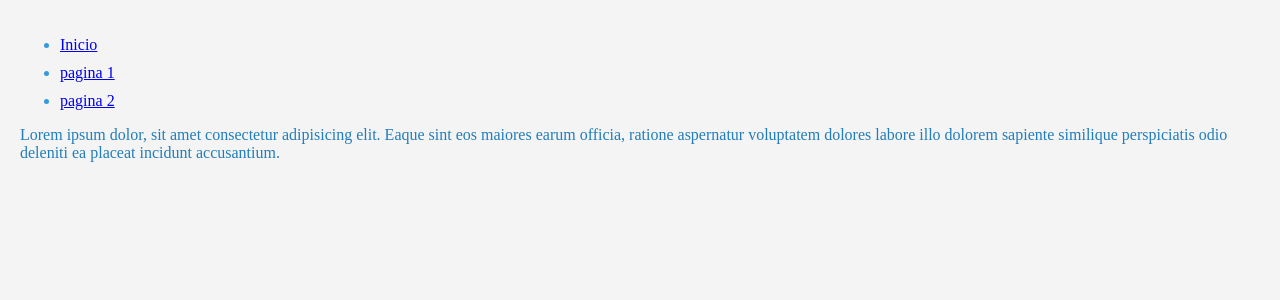
Repository: LadyJohana20/clases
Page: Clase-04-saas/index.html
The author's editor kept a copy of each file at every save. The page is drawn from the files as they stood at one save, then again after the next save.
The browser window is 1280 px wide. The pictures show the whole page.
The style sheet was rebuilt from its Sass, Less or Tailwind sources for each picture, by a compiler version that may differ from the author's.

Above is the page before, as saved 2026-01-24 07:47:23.

### Clase-04-saas/index.html
<!DOCTYPE html>
<html lang="en">
<head>
    <meta charset="UTF-8">
    <meta name="viewport" content="width=device-width, initial-scale=1.0">
    <title>Navegacion</title>
    <link rel="stylesheet" href="./css/index.css">
</head>
<body>

    <!-- Navegación para ejercicios con SASS -->
    <nav>
        <ul>
            <li>
                <a href="index.html">Inicio</a>
            </li>
            <li>
                <a href="pagina1.html">pagina 1</a>
            </li>

            <li>
                <a href="pagina2.html">pagina 2</a>
            </li>
        </ul>
    </nav>
    <p>Lorem ipsum dolor, sit amet consectetur adipisicing elit. Eaque sint eos maiores earum officia, ratione aspernatur voluptatem dolores labore illo dolorem sapiente similique perspiciatis odio deleniti ea placeat incidunt accusantium.</p>

</body>

</html>

### Clase-04-saas/index.scss
/* 1. en saas podemos generar variables */
$color-de-fondo: #f4f4f4;
$color-de-texto: #3498db;
$fuente-principal: 'Arial, sans-serif';

/* 2. Utilizamos las variables en los estilos */
body {
  background-color: $color-de-fondo;
  color: $color-de-texto;
  font-family: $fuente-principal;
  margin: 0;
  padding: 20px;
}
p {
  font-family: $fuente-principal;
  color: darken($color-de-texto, 10%);
}
li {
  margin-bottom: 10px;
}

### Clase-04-saas/_variables.scss

/* 1. en saas podemos generar variables */
$color-de-fondo: #f4f4f4;
$color-de-texto: #3498db;
$fuente-principal: 'Arial, sans-serif';

Loaded but not shown: Clase-04-saas/_home.scss (no stored copy; drawn as an empty file)

After the next save:
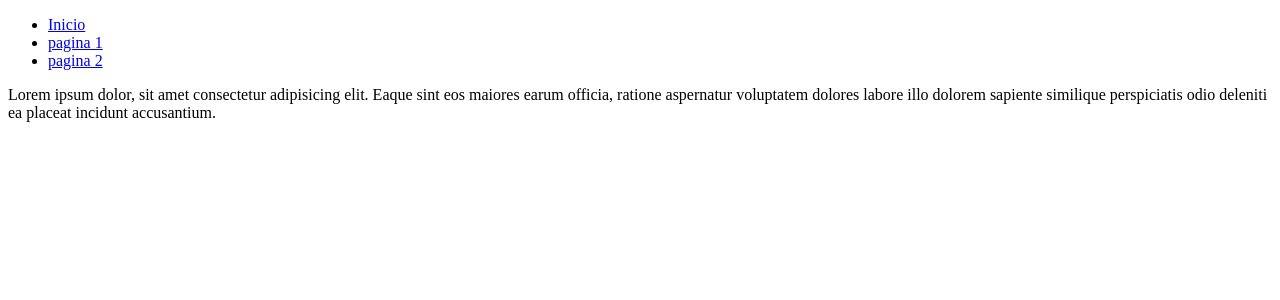
Saved 106 s later.
--- a/Clase-04-saas/index.scss
+++ b/Clase-04-saas/index.scss
@@ -1,20 +1,4 @@
-/* 1. en saas podemos generar variables */
-$color-de-fondo: #f4f4f4;
-$color-de-texto: #3498db;
-$fuente-principal: 'Arial, sans-serif';
 
-/* 2. Utilizamos las variables en los estilos */
-body {
-  background-color: $color-de-fondo;
-  color: $color-de-texto;
-  font-family: $fuente-principal;
-  margin: 0;
-  padding: 20px;
-}
-p {
-  font-family: $fuente-principal;
-  color: darken($color-de-texto, 10%);
-}
-li {
-  margin-bottom: 10px;
-}
+
+@import '_variables';
+@import '_home';
